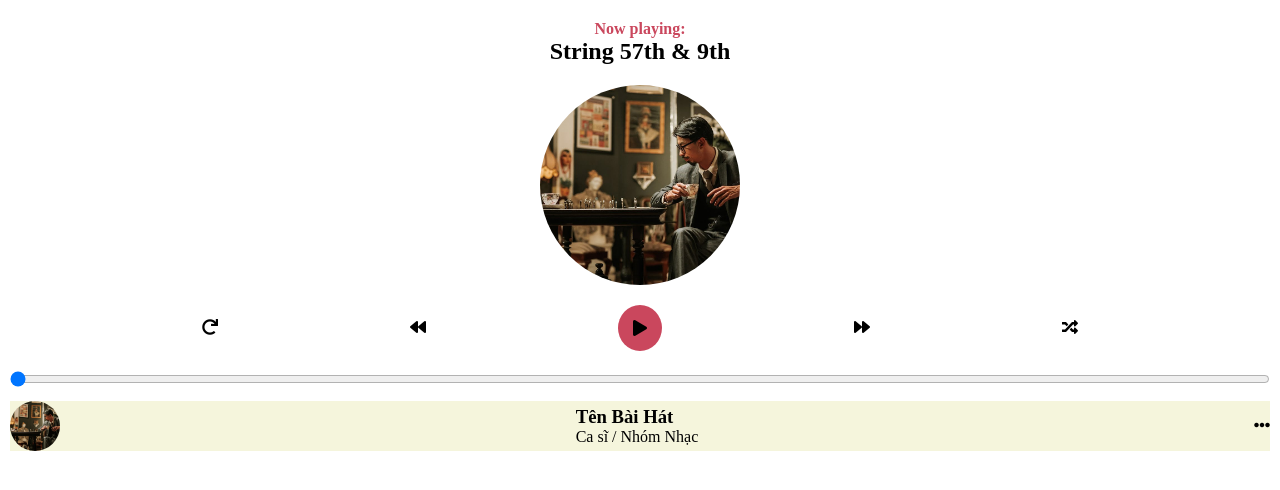
Repository: dovanthao2404/AppMusicPlayer
Page: index.html
The author's editor kept a copy of each file at every save. The page is drawn from the files as they stood at one save, then again after the next save.
The browser window is 1280 px wide. The pictures show the whole page.

Above is the page before, as saved 2021-06-28 02:28:29.

After the next save:
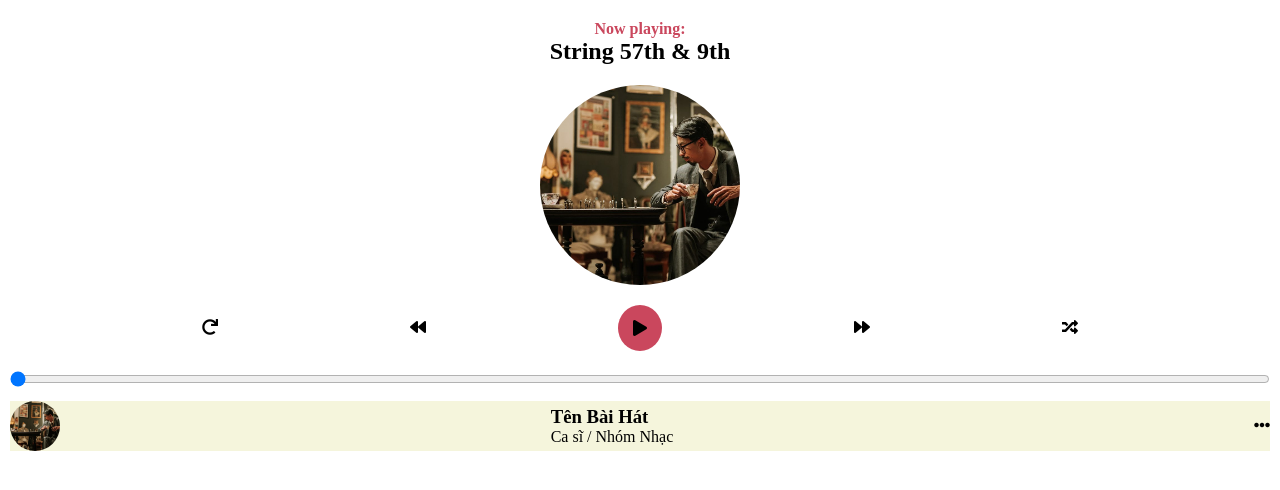
Saved 5 s later.
--- a/css/app.css
+++ b/css/app.css
@@ -68,5 +68,5 @@ header h4 {
   object-fit: cover;
 }
 .song .body {
-  margin-left: -40px;
+  margin-left: -90px;
 }
